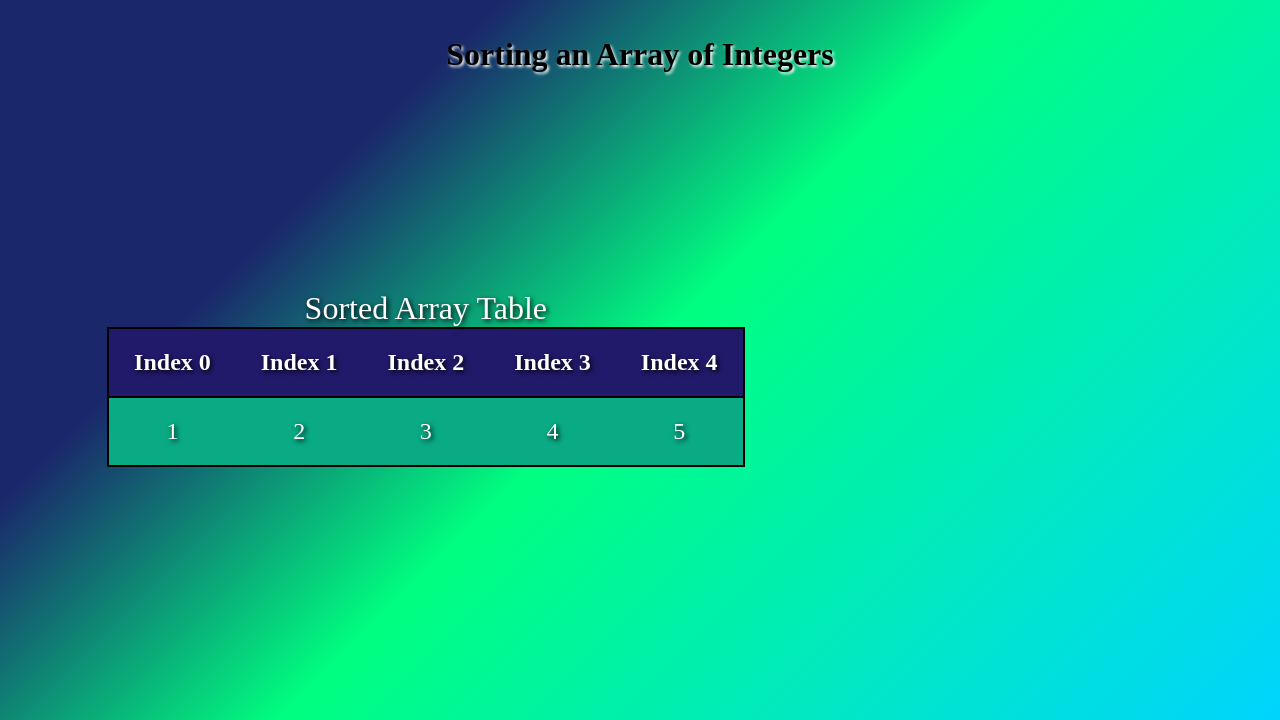
Repository: mlmEFSC21/P16-Sorting-Integers
Page: sort.html
These files come from the project's save history. The page is drawn as it stood at one moment and after the next save; the edit follows.
The browser window is 1280 px wide. The pictures show the whole page.

Above is the page before, as saved 2022-03-25 14:20:58.

After the next save:
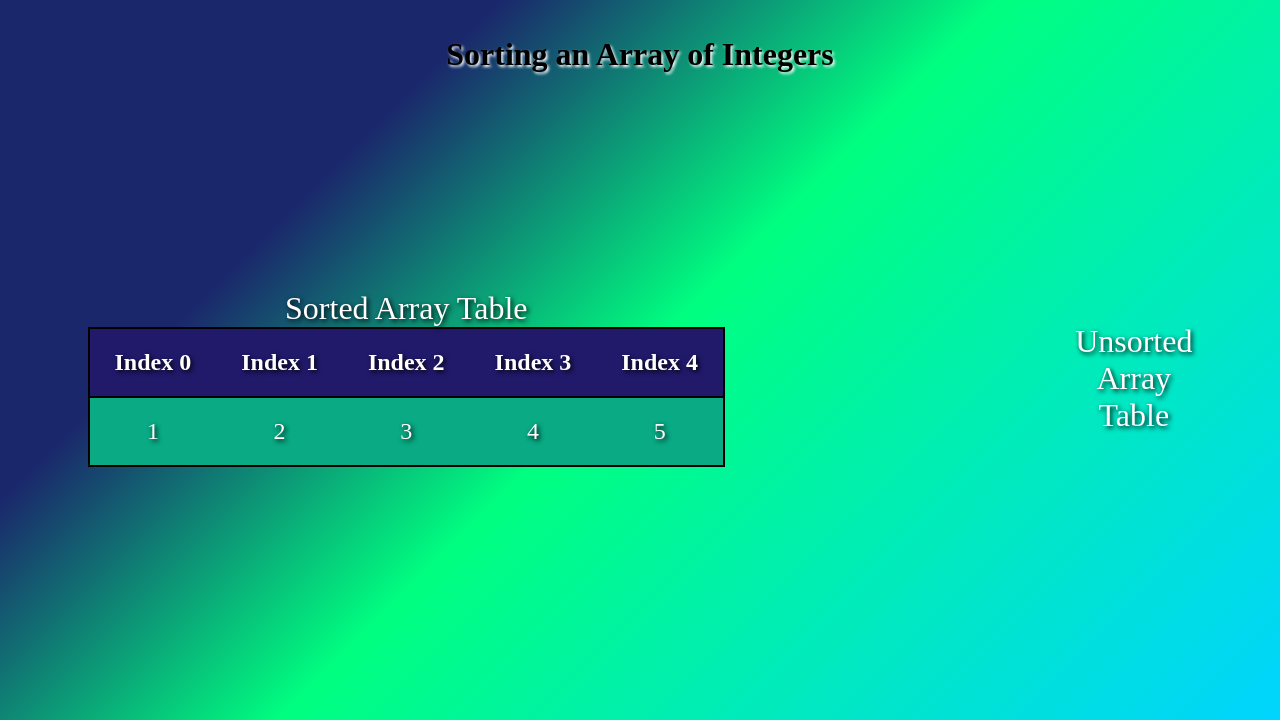
Saved 74 s later.
--- a/sort.js
+++ b/sort.js
@@ -7,12 +7,14 @@ unsortedTable.setAttribute("class", "unsortedTable");
 arrayContainer.append(unsortedTable);
 const unsortedCaption = document.createElement("caption");
 unsortedCaption.innerText = "Unsorted Array Table";
+unsortedTable.append(unsortedCaption);
 
 const sortedTable = document.createElement("table");
 sortedTable.setAttribute("class", "sortedTable");
 arrayContainer.append(sortedTable);
 const sortedCaption = document.createElement("caption");
 sortedCaption.innerText = "Sorted Array Table";
+sortedTable.append(unsortedCaption);
 
 // let i = 0;
 // while (i < 5) {
